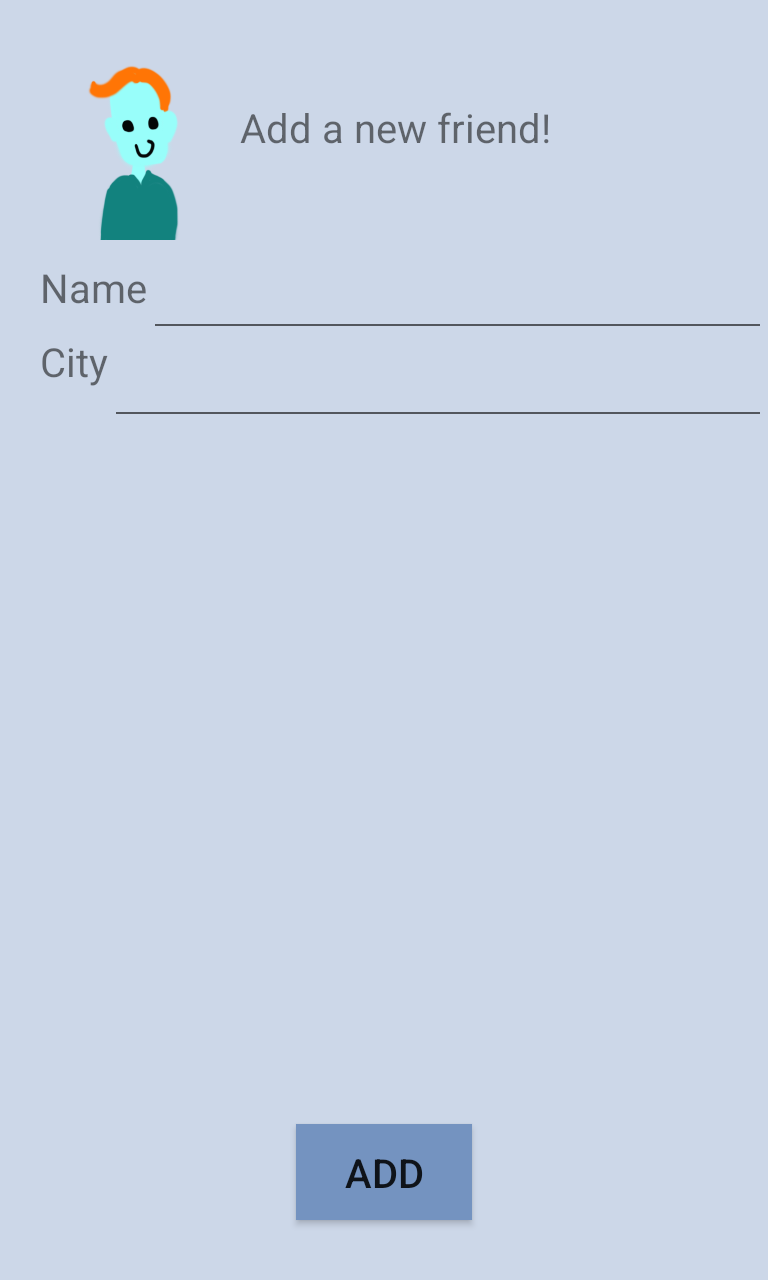
Repository: hinasakazaki/WeatherWithFriends
Layout: WeatherWithFriends/res/layout/add_fragment.xml
The author's editor kept a copy of each file at every save. The layout is drawn from the files as they stood at one save, then again after a run of saves.
It is drawn on a 768 x 1280 px phone screen (xhdpi) without system bars, with theme AppTheme; the app's code is not run.

Above is the layout before, as saved 2014-06-09 22:30:12.

After the next 2 saves:
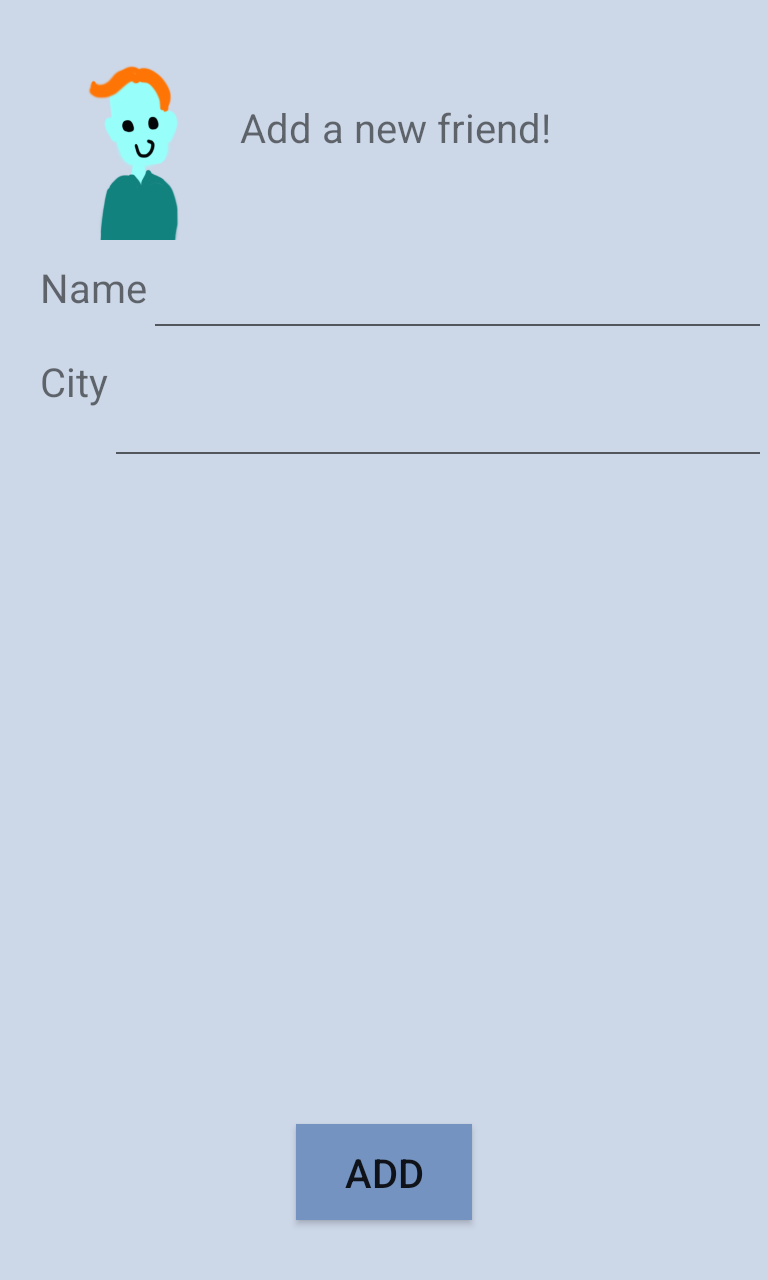
The 2 saves are shown as one change because they came seconds apart.
The last was saved 12 s later.
--- a/WeatherWithFriends/res/layout/add_fragment.xml
+++ b/WeatherWithFriends/res/layout/add_fragment.xml
@@ -56,7 +56,7 @@
     	    android:layout_below="@id/Name"
     	    android:textSize="20dp"
     	    android:text="City"
-    	    android:layout_marginTop="10dp"
+    	    android:layout_marginTop="20dp"
     	    android:layout_marginLeft="20dp"/>
 
 	   <EditText
@@ -67,6 +67,7 @@
     	    android:layout_toRightOf="@id/city"
     	    android:layout_below="@id/nameEdit"
     	     android:textSize="20dp"
+    	     android:layout_marginTop="20dp"
     	    />
 
     	<Button
